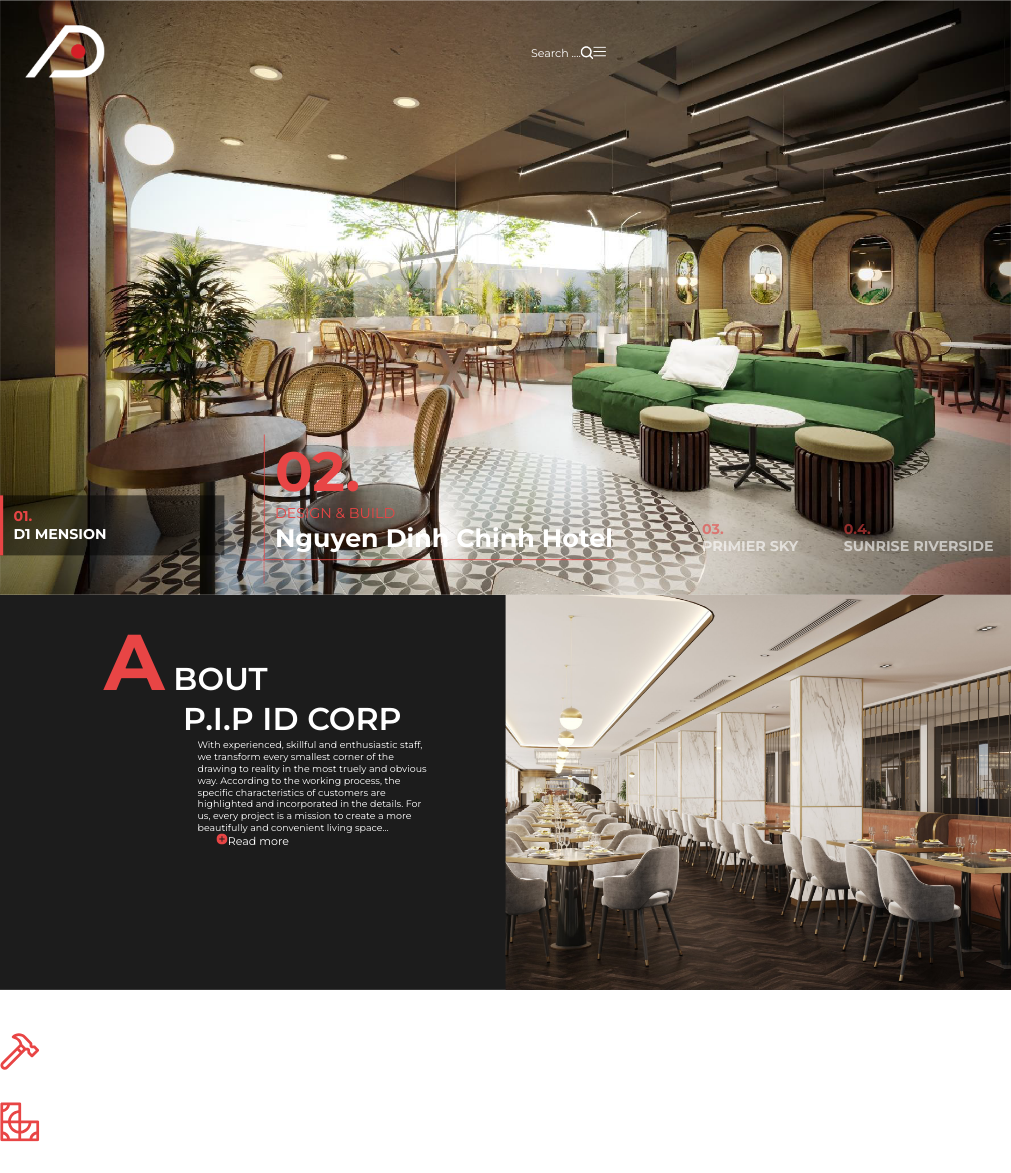
Repository: huudang2840/pipHomePage
Page: index.html
An editor plug-in stored every save of this project. The page is shown before and after a run of saves, followed by the edit.
The browser window is 1280 px wide. The pictures show the whole page, at 79% of full size.

Above is the page before, as saved 2023-03-21 14:21:03.

After the next 2 saves:
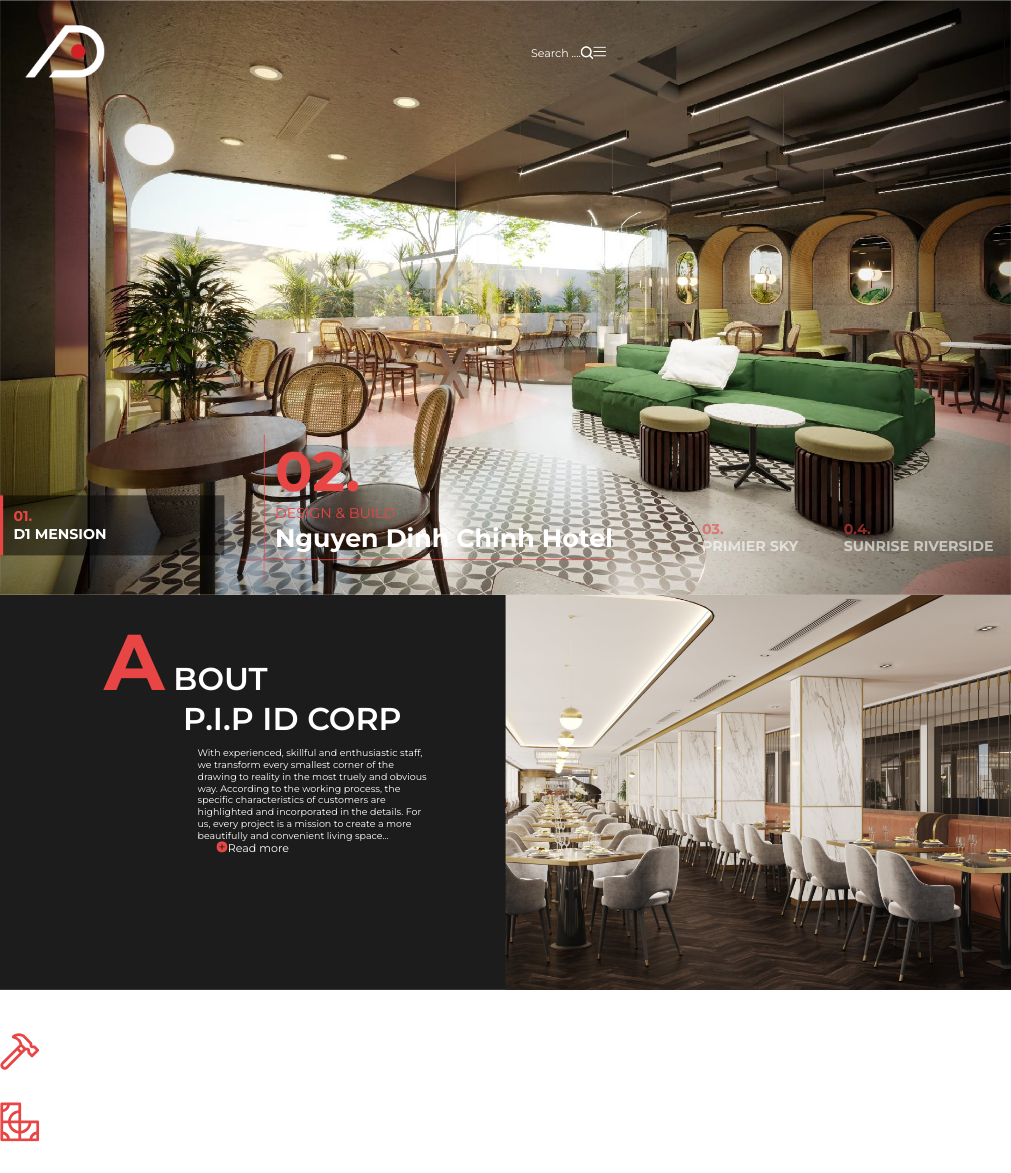
The 2 saves are shown as one change because they came seconds apart.
The last was saved 39 s later.
--- a/style/style.css
+++ b/style/style.css
@@ -182,6 +182,9 @@
   width: 100%;
   object-fit: cover;
 }
+.about__left__textaera {
+  margin-top: 10px;
+}
 .about__left__textaera p {
   margin-left: 250px;
   margin-right: 90px;
